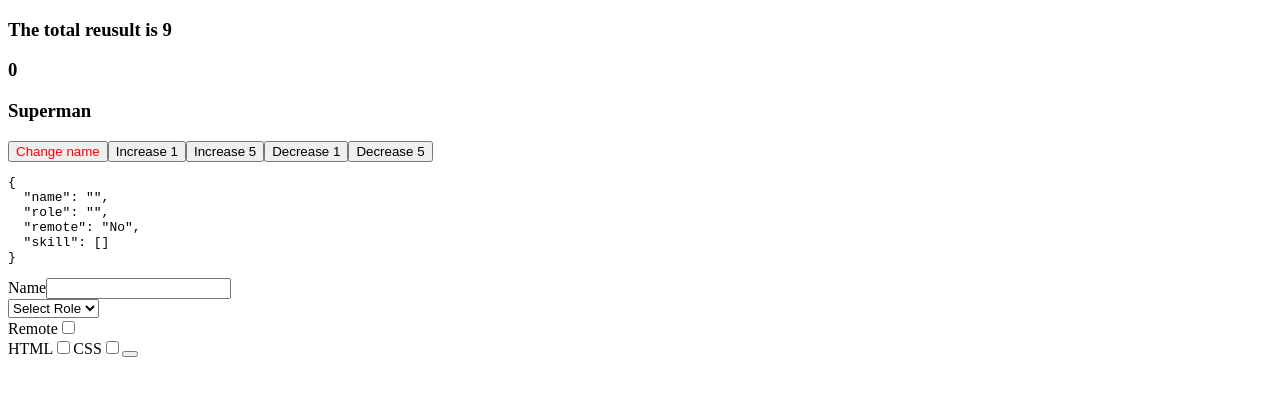
Repository: KZH2001/Vue_Practice
Page: / (app in Tutorial/)
The author's editor kept a copy of each file at every save. The page is drawn from the files as they stood at one save, then again after the next save.
The browser window is 1280 px wide. The pictures show the whole page.
The project was rebuilt for these pictures with package versions that can differ from the ones it lists, and the page was loaded fresh each time. Also part of the build but not shown: Tutorial/vite.config.js.

Above is the page before, as saved 2026-01-19 23:24:18.

### Tutorial/src/App.vue


  <template>
  <h3>The total reusult is {{ add(2,3,4) }}</h3>
  <h3>{{ number  }}</h3>

  <h3>{{ name }}</h3>
  <button  v-bind:style="{color:color}" v-on:click="name = 'Batman'">Change name</button>
  <button @click="increaseNumber(1)">Increase 1</button>
  <button @click="increaseNumber(5)">Increase 5</button>
  <button @click="decreaseNumber(1)">Decrease 1</button>
  <button @click="decreaseNumber(5)">Decrease 5</button>

  <pre>{{ JSON.stringify(formValues, null, 2) }}</pre>


  <form action="" @submit="submitForm(kyaw)">
    <label for="name">Name</label>
    <input v-model="formValues.name" id="name" type="text">
    <br>

    <select name="" id="" v-model="formValues.role">
      <option value="">Select Role</option>
      <option value="Web">Web</option>
      <option value="Network">Network</option>
    </select>
    <br>

    <label for="">Remote</label>
    <input v-model="formValues.remote" type="checkbox" true-value ="Yes" false-value="No">
    <br>
    <label for="">HTML</label>
    <input v-model="formValues.skill" value="HTML" type="checkbox">

     <label for="">CSS</label>
    <input v-model="formValues.skill" value="CSS" type="checkbox">

    <button></button>
  </form>
  </template>

  <style scoped>

  </style>

  <script >
    export default{


      data(){
        return{
          name: 'Superman',
          color: 'red',
          number: 0,
          formValues: {
            name: '',
            role: '',
            remote: "No",
            skill: [],
          }
        }
      },
      methods: {
      add(a,b,c){
        return a+b+c
      },

      increaseNumber(num){
        this.number += num
      },

      decreaseNumber(num){
        this.number -= num
      },

      submitForm(form){
        form.preventDefault();
        console.log("result", this.formValues)
      }

    }

  }

  </script>

Loaded but not shown: Tutorial/index.html (common file); Tutorial/src/main.js (common file)

After the next save:
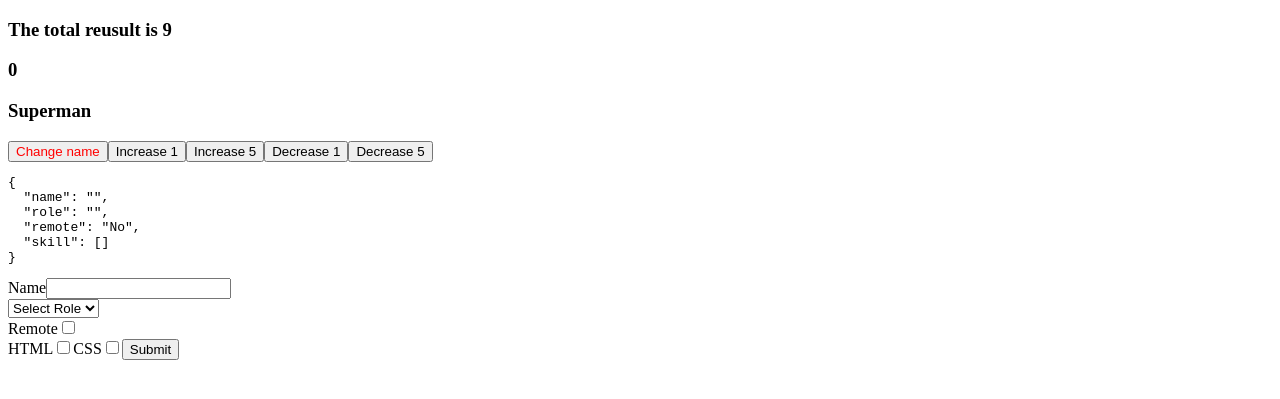
Saved 6 s later.
--- a/Tutorial/src/App.vue
+++ b/Tutorial/src/App.vue
@@ -35,7 +35,7 @@
      <label for="">CSS</label>
     <input v-model="formValues.skill" value="CSS" type="checkbox">
 
-    <button></button>
+    <button>Submit</button>
   </form>
   </template>
 
